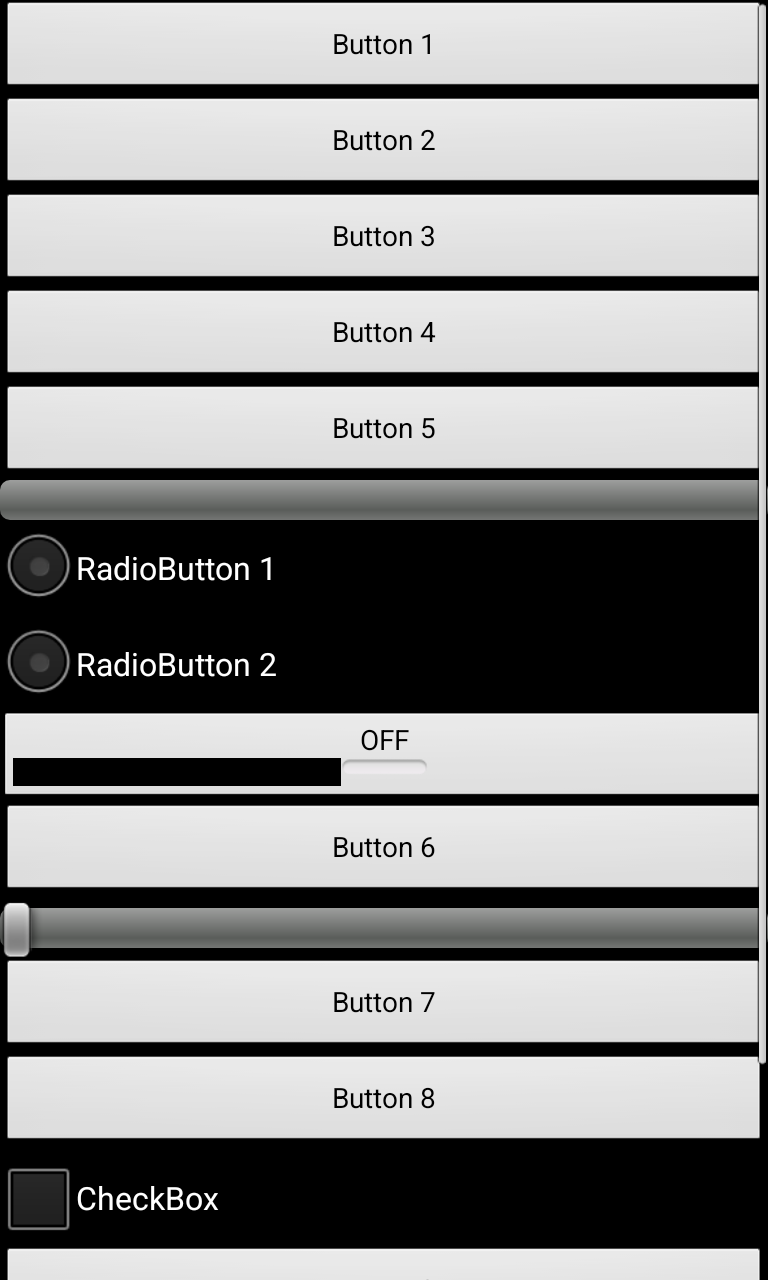
Repository: lcbasu/android
Layout: adt/M Notice/res/layout/detailed_admin.xml
These files come from the project's save history. The layout is drawn as it stood at one moment and after the next save; the edit follows.
It is drawn on a 768 x 1280 px phone screen (xhdpi) without system bars, with theme android:Theme; the app's code is not run.

Above is the layout before, as saved 2014-05-02 09:17:51.

### adt/M Notice/res/layout/detailed_admin.xml
<?xml version="1.0" encoding="utf-8"?>
<ScrollView xmlns:android="http://schemas.android.com/apk/res/android"
    android:layout_width="fill_parent"
    android:layout_height="wrap_content" >

    <LinearLayout

        android:layout_width="fill_parent"
        android:layout_height="fill_parent"
        android:orientation="vertical" >

        <Button
            android:layout_width="fill_parent"
            android:layout_height="wrap_content"
            android:text="Button 1" />

        <Button
            android:layout_width="fill_parent"
            android:layout_height="wrap_content"
            android:text="Button 2" />

        <Button
            android:layout_width="fill_parent"
            android:layout_height="wrap_content"
            android:text="Button 3" />

        <Button
            android:layout_width="fill_parent"
            android:layout_height="wrap_content"
            android:text="Button 4" />

        <Button
            android:layout_width="fill_parent"
            android:layout_height="wrap_content"
            android:text="Button 5" />

        <ProgressBar
            android:id="@+id/progressBar1"
            style="?android:attr/progressBarStyleHorizontal"
            android:layout_width="match_parent"
            android:layout_height="wrap_content" />

        <RadioButton
            android:id="@+id/radioButton2"
            android:layout_width="wrap_content"
            android:layout_height="wrap_content"
            android:text="RadioButton 1" />

        <RadioButton
            android:id="@+id/radioButton1"
            android:layout_width="wrap_content"
            android:layout_height="wrap_content"
            android:text="RadioButton 2" />

        <ToggleButton
            android:id="@+id/toggleButton1"
            android:layout_width="match_parent"
            android:layout_height="wrap_content"
            android:text="ToggleButton" />

        <Button
            android:layout_width="fill_parent"
            android:layout_height="wrap_content"
            android:text="Button 6" />

        <SeekBar
            android:id="@+id/seekBar1"
            android:layout_width="match_parent"
            android:layout_height="wrap_content" />

        <Button
            android:id="@+id/button3"
            android:layout_width="match_parent"
            android:layout_height="wrap_content"
            android:text="Button 7" />



        <Button
            android:id="@+id/button4"
            android:layout_width="match_parent"
            android:layout_height="wrap_content"
            android:text="Button 8" />

        <CheckBox
            android:id="@+id/checkBox1"
            android:layout_width="wrap_content"
            android:layout_height="wrap_content"
            android:text="CheckBox" />

        <Button
            android:id="@+id/button2"
            android:layout_width="match_parent"
            android:layout_height="wrap_content"
            android:text="Button 9" />

        <Button
            android:id="@+id/button1"
            android:layout_width="match_parent"
            android:layout_height="wrap_content"
            android:text="Button 10" />

        <Button
            android:layout_width="fill_parent"
            android:layout_height="wrap_content"
            android:text="Button 11" />
    </LinearLayout>


</ScrollView>

After the next save:
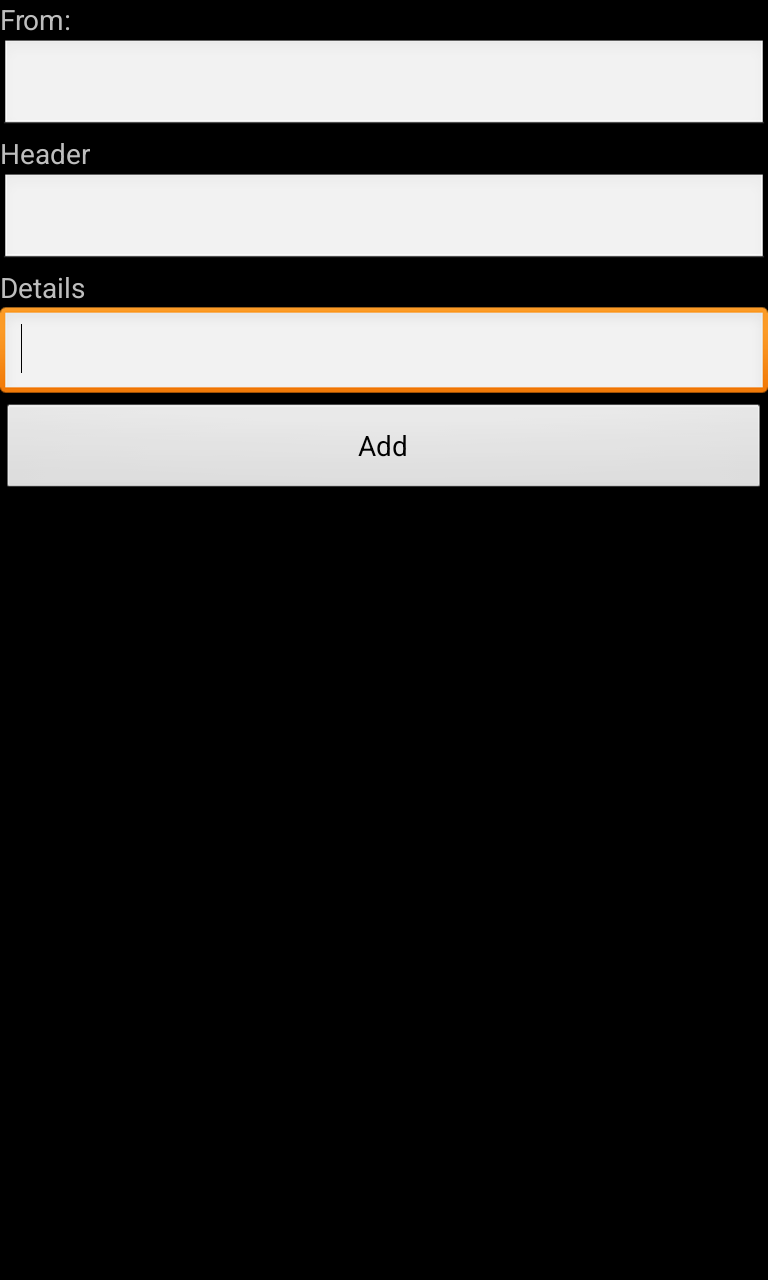
Saved 6 min 3 s later.
--- a/adt/M Notice/res/layout/detailed_admin.xml
+++ b/adt/M Notice/res/layout/detailed_admin.xml
@@ -9,101 +9,57 @@
         android:layout_height="fill_parent"
         android:orientation="vertical" >
 
-        <Button
-            android:layout_width="fill_parent"
-            android:layout_height="wrap_content"
-            android:text="Button 1" />
+    <TextView
+        android:id="@+id/from"
+        android:layout_width="wrap_content"
+        android:layout_height="wrap_content"
+        android:text="From:" />
 
-        <Button
-            android:layout_width="fill_parent"
-            android:layout_height="wrap_content"
-            android:text="Button 2" />
+    <EditText
+        android:id="@+id/editFrom"
+        android:layout_width="match_parent"
+        android:layout_height="wrap_content"
+        android:ems="10" >
 
-        <Button
-            android:layout_width="fill_parent"
-            android:layout_height="wrap_content"
-            android:text="Button 3" />
+        <requestFocus />
+    </EditText>
 
-        <Button
-            android:layout_width="fill_parent"
-            android:layout_height="wrap_content"
-            android:text="Button 4" />
+    <TextView
+        android:id="@+id/header"
+        android:layout_width="wrap_content"
+        android:layout_height="wrap_content"
+        android:text="Header" />
 
-        <Button
-            android:layout_width="fill_parent"
-            android:layout_height="wrap_content"
-            android:text="Button 5" />
+    <EditText
+        android:id="@+id/editHeader"
+        android:layout_width="match_parent"
+        android:layout_height="wrap_content"
+        android:ems="10" >
 
-        <ProgressBar
-            android:id="@+id/progressBar1"
-            style="?android:attr/progressBarStyleHorizontal"
-            android:layout_width="match_parent"
-            android:layout_height="wrap_content" />
+        <requestFocus />
+    </EditText>
 
-        <RadioButton
-            android:id="@+id/radioButton2"
-            android:layout_width="wrap_content"
-            android:layout_height="wrap_content"
-            android:text="RadioButton 1" />
+    <TextView
+        android:id="@+id/detail"
+        android:layout_width="wrap_content"
+        android:layout_height="wrap_content"
+        android:text="Details" />
 
-        <RadioButton
-            android:id="@+id/radioButton1"
-            android:layout_width="wrap_content"
-            android:layout_height="wrap_content"
-            android:text="RadioButton 2" />
+    <EditText
+        android:id="@+id/editDetail"
+        android:layout_width="match_parent"
+        android:layout_height="wrap_content"
+        android:ems="10"
+        android:inputType="textMultiLine" >
 
-        <ToggleButton
-            android:id="@+id/toggleButton1"
-            android:layout_width="match_parent"
-            android:layout_height="wrap_content"
-            android:text="ToggleButton" />
+        <requestFocus />
+    </EditText>
 
-        <Button
-            android:layout_width="fill_parent"
-            android:layout_height="wrap_content"
-            android:text="Button 6" />
-
-        <SeekBar
-            android:id="@+id/seekBar1"
-            android:layout_width="match_parent"
-            android:layout_height="wrap_content" />
-
-        <Button
-            android:id="@+id/button3"
-            android:layout_width="match_parent"
-            android:layout_height="wrap_content"
-            android:text="Button 7" />
-
-
-
-        <Button
-            android:id="@+id/button4"
-            android:layout_width="match_parent"
-            android:layout_height="wrap_content"
-            android:text="Button 8" />
-
-        <CheckBox
-            android:id="@+id/checkBox1"
-            android:layout_width="wrap_content"
-            android:layout_height="wrap_content"
-            android:text="CheckBox" />
-
-        <Button
-            android:id="@+id/button2"
-            android:layout_width="match_parent"
-            android:layout_height="wrap_content"
-            android:text="Button 9" />
-
-        <Button
-            android:id="@+id/button1"
-            android:layout_width="match_parent"
-            android:layout_height="wrap_content"
-            android:text="Button 10" />
-
-        <Button
-            android:layout_width="fill_parent"
-            android:layout_height="wrap_content"
-            android:text="Button 11" />
+    <Button
+        android:id="@+id/button1"
+        android:layout_width="match_parent"
+        android:layout_height="wrap_content"
+        android:text="Add" />
     </LinearLayout>
 
 
